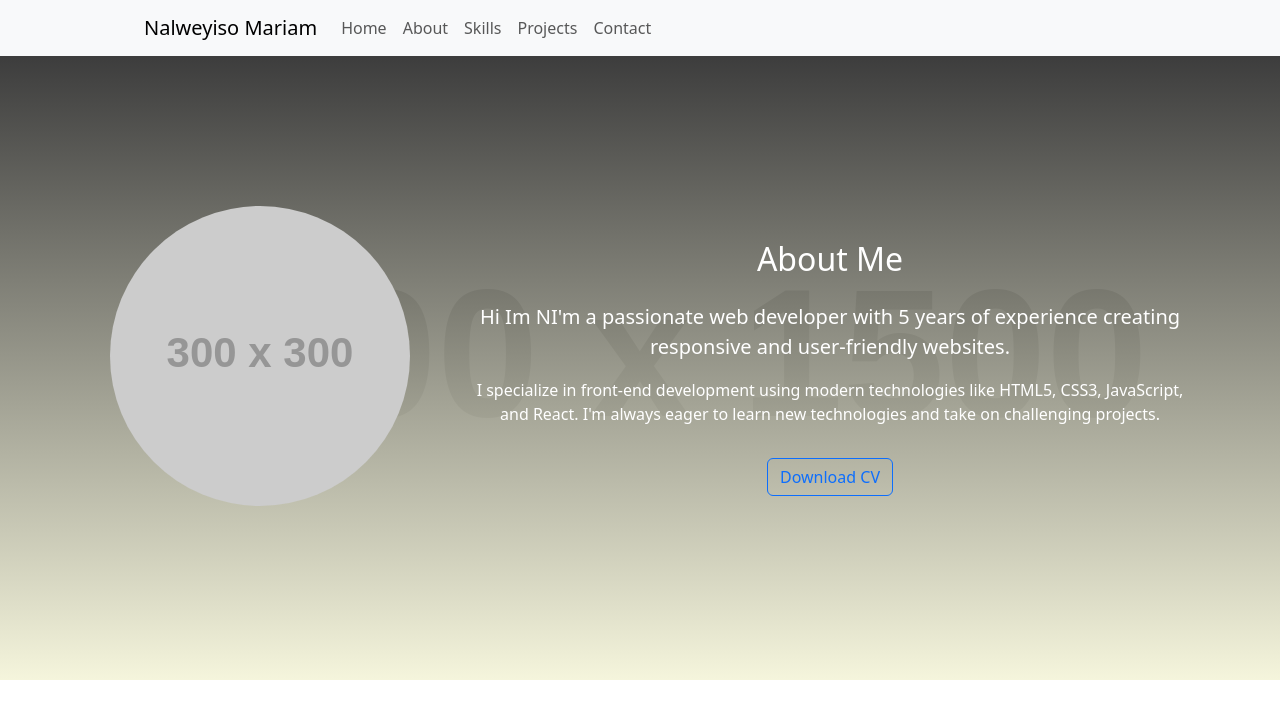
Repository: NalweMari/My-Personal-Portfolio
Page: index.html
An editor plug-in stored every save of this project. The page is shown before and after the next save, followed by the edit.
The browser window is 1280 px wide. The pictures show the whole page.

Above is the page before, as saved 2025-11-27 12:43:31.
Console error (its wording comes from the project's code and is left out).

### index.html
<!DOCTYPE html>
<html lang="en">

<head>
    <meta charset="UTF-8">
    <meta name="viewport" content="width=device-width, initial-scale=1.0">
    <title>My Portfolio</title>
    <link rel="stylesheet" href="style.css">
    <!-- Bootstrap CSS -->
    <link href="https://cdn.jsdelivr.net/npm/bootstrap@5.3.0/dist/css/bootstrap.min.css" rel="stylesheet">
    <!-- Font Awesome for icons -->
    <link rel="stylesheet" href="https://cdnjs.cloudflare.com/ajax/libs/font-awesome/6.4.0/css/all.min.css">

</head>

<body>
    <!-- Navigation -->

    <nav class="navbar navbar-expand-lg navbar-light bg-light pink">
        <div class="container me-2">
            <a class="navbar-brand" href="#">Nalweyiso Mariam</a> <button class="navbar-toggler" type="button" data- 6
                toggle="collapse" data-target="#navbarNav" aria-controls="navbarNav" aria-expanded="false"
                aria-label="Toggle navigation"> <span class="navbar-toggler-icon"></span> </button>
            <div class="collapse navbar-collapse" id="navbarNav">
                <ul class="navbar-nav">
                    <a class="nav-link" href="#">Home</a>
                    </li>
                    <li class="nav-item">
                        <a class="nav-link" href="#">About</a>
                    </li>
                    <li class="nav-item">
                        <a class="nav-link" href="#">Skills</a>
                    </li>
                    <li class="nav-item">
                        <a class="nav-link" href="#">Projects</a>
                    </li>
                    <li class="nav-item">
                        <a class="nav-link" href="#">Contact</a>
                    <li class="nav-item active">
                </ul>
            </div>
        </div>
    </nav>

    <!-- Hero Section -->

<section id="home" class="hero-section text-center">
        <div class="container">
            <div class="row align-items-center">
                <div class="col-md-4 text-center mb-4">
                    <img src="https://via.placeholder.com/300" alt="Profile" class="img-fluid rounded-circle">
                </div>
                <div class="col-md-8">
                    <h2 class="mb-4">About Me</h2>
                    <p class="lead">Hi Im NI'm a passionate web developer with 5 years of experience creating responsive and user-friendly websites.</p>
                    <p>I specialize in front-end development using modern technologies like HTML5, CSS3, JavaScript, and React. I'm always eager to learn new technologies and take on challenging projects.</p>
                    <a href="#" class="btn btn-outline-primary mt-3">Download CV</a>
                </div>
            </div>
        </div>
    <script src="https://stackpath.bootstrapcdn.com/bootstrap/4.5.2/js/bootstrap.min.js"></script>
</body>

</html>

### Style.css
.hero-section {
  background: linear-gradient(rgba(0, 0, 0, 0.7), beige),
    url("https://via.placeholder.com/1500") center/cover no-repeat;
  color: white;
  padding: 150px 0;
}
.skill-bar {
  height: 20px;
  background-color: #e9ecef;
  border-radius: 5px;
  margin-bottom: 15px;
}
.skill-progress {
  height: 100%;
  border-radius: 5px;
  background-color: #0d6efd;
}
.project-card {
  transition: transform 0.3s;
}
.project-card:hover {
  transform: translateY(-5px);
}

After the next save:
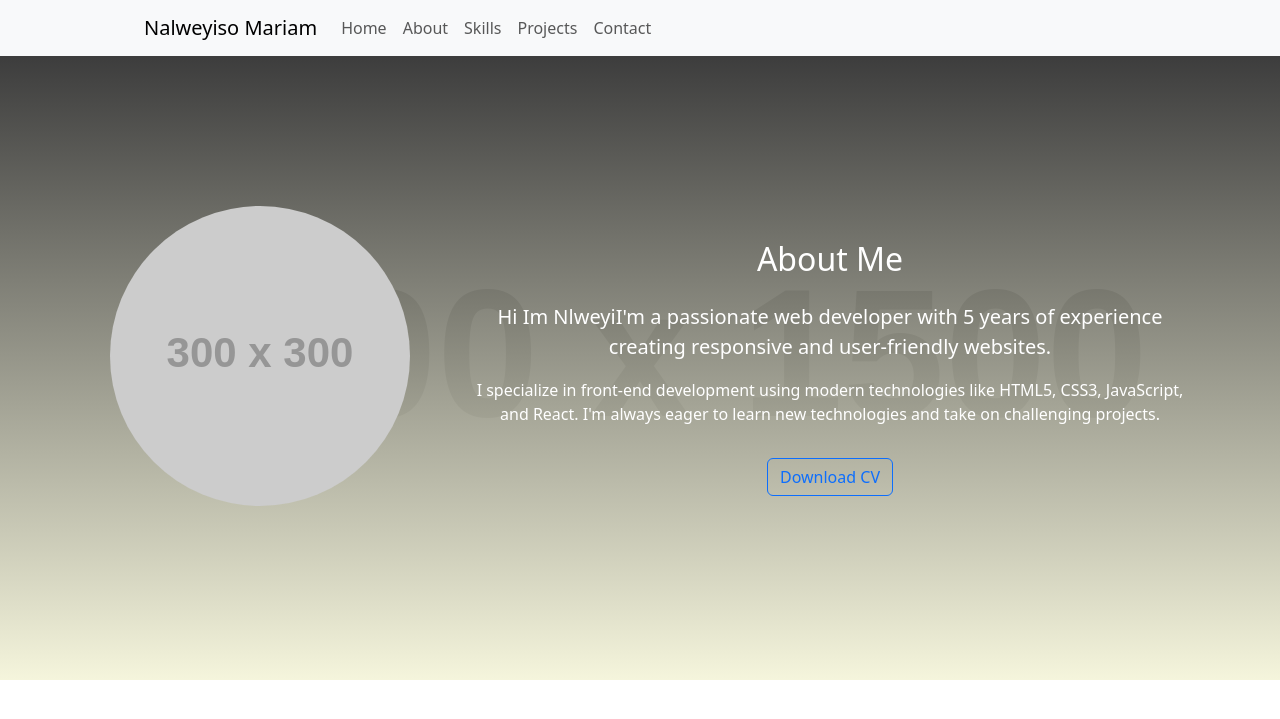
Saved 5 s later.
--- a/index.html
+++ b/index.html
@@ -52,7 +52,7 @@
                 </div>
                 <div class="col-md-8">
                     <h2 class="mb-4">About Me</h2>
-                    <p class="lead">Hi Im NI'm a passionate web developer with 5 years of experience creating responsive and user-friendly websites.</p>
+                    <p class="lead">Hi Im NlweyiI'm a passionate web developer with 5 years of experience creating responsive and user-friendly websites.</p>
                     <p>I specialize in front-end development using modern technologies like HTML5, CSS3, JavaScript, and React. I'm always eager to learn new technologies and take on challenging projects.</p>
                     <a href="#" class="btn btn-outline-primary mt-3">Download CV</a>
                 </div>
